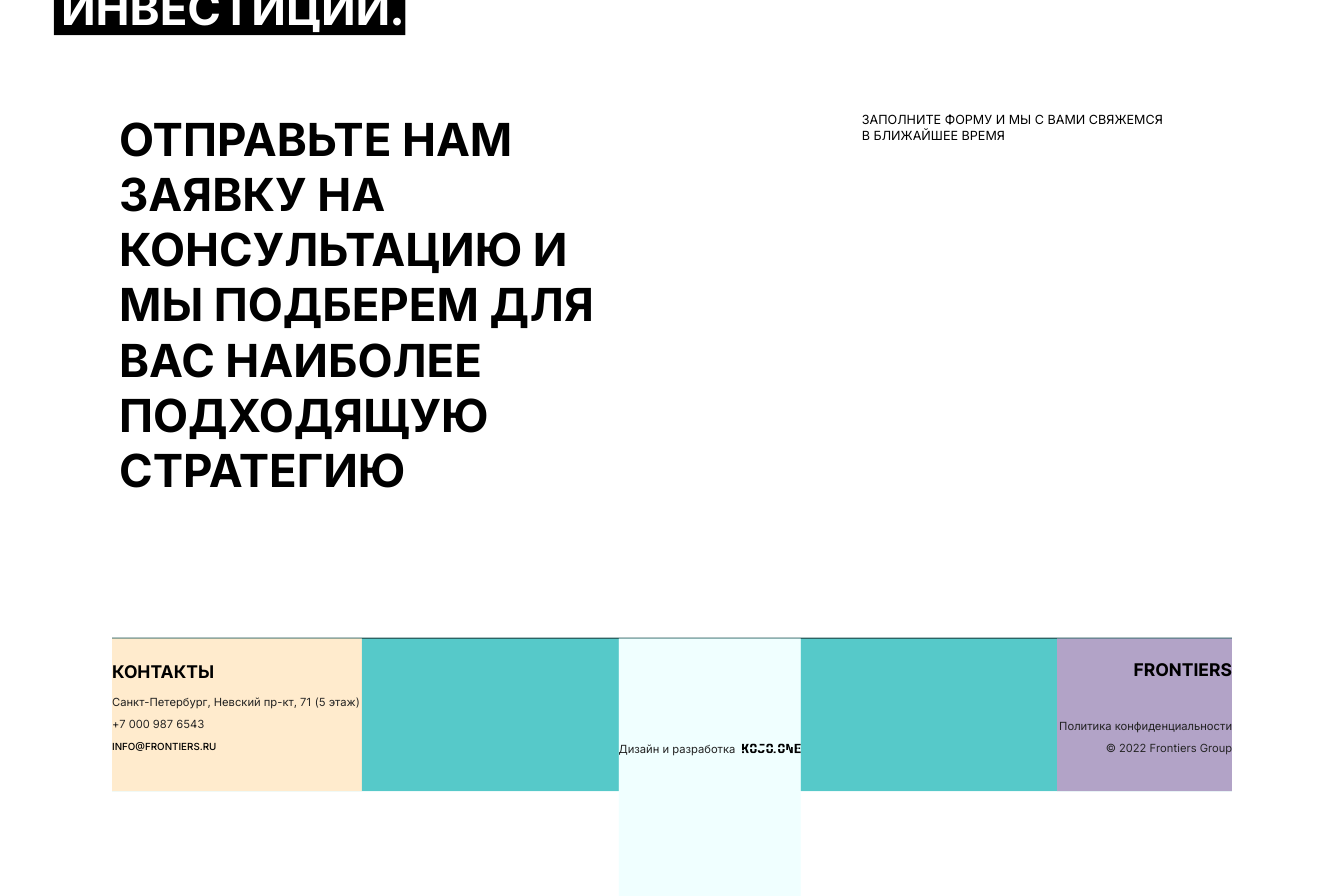
Repository: NadyaKorvin/frontiers
Page: /
An editor plug-in stored every save of this project. The page is shown before and after a run of saves, followed by the edit.
The browser window is 1280 px wide. The page is 1920 px wide, so the pictures cover 1920 px, including what lies to the right of the window. The pictures show the part of the page from y = 1503 to 2783 px (the page is 2783 px tall), at 70% of full size.
The project was rebuilt for these pictures with package versions that can differ from the ones it lists, and the page was loaded fresh each time.

Above is the page before, as saved 2022-05-23 15:18:28.

### public/index.html
<!DOCTYPE html>
<html lang="en">
  <head>
    <meta charset="utf-8" />
    <link rel="icon" href="%PUBLIC_URL%/favicon.ico" />
    <meta name="viewport" content="width=device-width, initial-scale=1" />
    <meta name="theme-color" content="#000000" />
    <meta name="description" content="Web site created using create-react-app" />
    <link rel="apple-touch-icon" href="%PUBLIC_URL%/logo192.png" />
    <link rel="manifest" href="%PUBLIC_URL%/manifest.json" />
    <link rel="preconnect" href="https://fonts.googleapis.com" />
    <link rel="preconnect" href="https://fonts.gstatic.com" crossorigin />
    <link href="https://fonts.googleapis.com/css2?family=Inter:wght@300;400;500;700&display=swap" rel="stylesheet" />
    <title>FRONTIERS</title>
  </head>
  <body>
    <noscript>You need to enable JavaScript to run this app.</noscript>
    <div id="root"></div>
  </body>
</html>

### src/index.js
import React from "react"
import ReactDOM from "react-dom/client"

import App from "./App"

const root = ReactDOM.createRoot(document.getElementById("root"))
root.render(
  <React.StrictMode>
    <App />
  </React.StrictMode>
)

### src/App.js
import { useState } from "react";
import "./App.css";
import { SecondScreenAnimation } from "./components/secondScreen/SecondScreenAnimation";
import FirstScreenAnimation from "./components/firstScreen/FirstScreenAnimation";
import LastScreenAnimation from "./components/lastScreen/LastScreenAnimation"

function App() {
  const [mousePosition, setMousePosition] = useState("");

  const listenUpperMousePosition = (event) => {
    console.log(event);
    console.log(event.target);
    setMousePosition(event.target);
  };

  return (
    <>
      <FirstScreenAnimation />
      <div className="App">
        <SecondScreenAnimation listenMousePosition={listenUpperMousePosition} />
      </div>
      <LastScreenAnimation />
    </>
  );
}
export default App;

### src/App.css
@import url("./reset.css");
@import url("./components/secondScreen/SecondScreen.css");
@import url("./font/font.css");

body {
  font-family: "Inter";
}

### src/components/secondScreen/SecondScreenAnimation.js
export function SecondScreenAnimation({ listenMousePosition, mousePosition }) {
  let goUp = ""
  const goUpBlackLines = (mousePosition) => {
    if (mousePosition === "animation__text_first_part") {
      goUp = "up"
      return goUp
    }
  }
  goUpBlackLines(mousePosition)
  console.log(goUp)
  return (
    <div className="animation__text_block">
      {goUp != "up" ? (
        <div>
          <div className="animation__text" onMouseOver={listenMousePosition}>
            <p className="animation__text_first_part">Инвесторам сложно найти хорошие проекты,</p>
            <p className="animation__text_second_part">а хорошим проектам — инвестиции.</p>
          </div>
          <div className="animation__black_lines">
            <div className="animation__1th_black_line"></div>
            <div className="animation__2th_black_line"></div>
            <div className="animation__3th_black_line"></div>
          </div>
        </div>
      ) : (
        <div>
          <div className="animation__text" onMouseOver={listenMousePosition}>
            <p className="animation__text_first_part" style={{ color: "#fff" }}>
              Инвесторам сложно найти хорошие проекты,
            </p>
            <p className="animation__text_second_part" style={{ color: "#000" }}>
              а хорошим проектам — инвестиции.
            </p>
          </div>
          <div className="animation__black_lines">
            <div className="animation__1th_black_line" style={{ width: "484px", marginTop: "-475px" }}></div>
            <div className="animation__2th_black_line" style={{ width: "586px" }}></div>
            <div className="animation__3th_black_line" style={{ width: "722px" }}></div>
          </div>
        </div>
      )}
    </div>
  )
}

### src/components/firstScreen/FirstScreenAnimation.js
import React from "react";
import style from "./FirstScreen.module.css";
import image from "../../images/image.webp";

export default function FirstScreenAnimation() {
  const pointer = (
    <svg
      width="8"
      height="101"
      viewBox="0 0 8 101"
      fill="none"
      xmlns="http://www.w3.org/2000/svg"
    >
      <path
        d="M4.35355 100.356C4.15829 100.551 3.84171 100.551 3.64645 100.356L0.464466 97.1735C0.269204 96.9783 0.269204 96.6617 0.464466 96.4664C0.659728 96.2712 0.976311 96.2712 1.17157 96.4664L4 99.2948L6.82843 96.4664C7.02369 96.2712 7.34027 96.2712 7.53553 96.4664C7.7308 96.6617 7.7308 96.9783 7.53553 97.1735L4.35355 100.356ZM3.5 100.002L3.5 0.00195312H4.5L4.5 100.002H3.5Z"
        fill="black"
      />
    </svg>
  );

  return (
    <>
      <section className={style.first__screen}>
        <div className={style.header}>
          <div className={style.logotype}>FRONTIERS</div>
          <nav className={style.nav__sidebar}>
            <ul>Агенство</ul>
            <ul>Кейсы</ul>
            <ul>Услуги</ul>
            <ul>Контакты</ul>
          </nav>
          <div className={style.button}>
            <p className={style.text__btn}>Получить консультацию</p>
          </div>
        </div>
        <div className={style.content}>
          <p>ИНВЕСТИЦИИ</p>
          <p>НЕ</p>
          <p>СЛОЖНО</p>
          <p>
            Мы помогли заработать более 50 млн рублей частным инвесторам в 2021
            году на вложениях в российский бизнес
          </p>
          <p>ПРОКРУТИ ВНИЗ</p>
          <div className={style.content__pointer}>{pointer}</div>
          <img src={image} alt="" />
        </div>
      </section>
    </>
  );
}

### src/components/lastScreen/LastScreenAnimation.js
import React from "react";
import style from "./LastScreen.module.css";
import Kojo from "../../images/Kojo"

export default function LastScreenAnimation() {
  return (
    <>
      <section className={style.last__screen}>
        <div className={style.wrapper}>
          <div className={style.left__content}>
            <p>
              ОТПРАВЬТЕ НАМ ЗАЯВКУ НА КОНСУЛЬТАЦИЮ И МЫ ПОДБЕРЕМ ДЛЯ ВАС
              НАИБОЛЕЕ ПОДХОДЯЩУЮ СТРАТЕГИЮ
            </p>
          </div>
          <div className={style.right__content}>
            <div className={style.text__form}>
              <p>ЗАПОЛНИТЕ ФОРМУ И МЫ С ВАМИ СВЯЖЕМСЯ В БЛИЖАЙШЕЕ ВРЕМЯ</p>
            </div>
            <form></form>
          </div>
        </div>
        <div className={style.footer}>
          <div className={style.contact}>
            <p>КОНТАКТЫ</p>
            <p>Санкт-Петербург, Невский пр-кт, 71 (5 этаж)</p>
            <p>+7 000 987 6543</p>
            <p>info@frontiers.ru</p>
          </div>
          <div className={style.design}>
            <p>Дизайн и разработка</p>
            <Kojo />
          </div>
          <div className={style.frontiers}>
            <p>FRONTIERS</p>
            <p>Политика конфиденциальности</p>
            <p>© 2022 Frontiers Group</p>
          </div>
        </div>
      </section>
    </>
  );
}

### src/reset.css
html,
body,
div,
span,
applet,
object,
iframe,
h1,
h2,
h3,
h4,
h5,
h6,
p,
blockquote,
pre,
a,
abbr,
acronym,
address,
big,
cite,
code,
del,
dfn,
em,
img,
ins,
kbd,
q,
s,
samp,
small,
strike,
strong,
sub,
sup,
tt,
var,
b,
u,
i,
center,
dl,
dt,
dd,
ol,
ul,
li,
fieldset,
form,
label,
legend,
table,
caption,
tbody,
tfoot,
thead,
tr,
th,
td,
article,
aside,
canvas,
details,
embed,
figure,
figcaption,
footer,
header,
hgroup,
menu,
nav,
output,
ruby,
section,
summary,
time,
mark,
audio,
video {
  margin: 0;
  padding: 0;
  border: 0;
  font-size: 100%;
  font: inherit;
  vertical-align: baseline;
}

:focus {
  outline: 0;
}

article,
aside,
details,
figcaption,
figure,
footer,
header,
hgroup,
menu,
nav,
section {
  display: block;
}

body {
  line-height: 1;
}

ol,
ul {
  list-style: none;
}

blockquote,
q {
  quotes: none;
}

blockquote:before,
blockquote:after,
q:before,
q:after {
  content: "";
  content: none;
}

table {
  border-collapse: collapse;
  border-spacing: 0;
}

input[type="search"]::-webkit-search-cancel-button,
input[type="search"]::-webkit-search-decoration,
input[type="search"]::-webkit-search-results-button,
input[type="search"]::-webkit-search-results-decoration {
  -webkit-appearance: none;
  -moz-appearance: none;
}

input[type="search"] {
  -webkit-appearance: none;
  -moz-appearance: none;
  -webkit-box-sizing: content-box;
  -moz-box-sizing: content-box;
  box-sizing: content-box;
}

textarea {
  overflow: auto;
  vertical-align: top;
  resize: vertical;
}

[hidden] {
  display: none;
}

html {
  font-size: 100%; /* 1 */
  -webkit-text-size-adjust: 100%; /* 2 */
  -ms-text-size-adjust: 100%; /* 2 */
}

a:focus {
  outline: thin dotted;
}

a:active,
a:hover {
  outline: 0;
}

img {
  border: 0;
  -ms-interpolation-mode: bicubic;
}

figure {
  margin: 0;
}

form {
  margin: 0;
}

fieldset {
  border: 1px solid #c0c0c0;
  margin: 0 2px;
  padding: 0.35em 0.625em 0.75em;
}

legend {
  border: 0; /* 1 */
  padding: 0;
  white-space: normal; /* 2 */
  *margin-left: -7px; /* 3 */
}

button,
input,
select,
textarea {
  font-size: 100%; /* 1 */
  margin: 0; /* 2 */
  vertical-align: baseline; /* 3 */
  *vertical-align: middle; /* 3 */
}

button,
input {
  line-height: normal;
}

button,
select {
  text-transform: none;
}

button,
html input[type="button"], /* 1 */
input[type="reset"],
input[type="submit"] {
  -webkit-appearance: button; /* 2 */
  cursor: pointer; /* 3 */
  *overflow: visible; /* 4 */
}

button[disabled],
html input[disabled] {
  cursor: default;
}

input[type="checkbox"],
input[type="radio"] {
  box-sizing: border-box; /* 1 */
  padding: 0; /* 2 */
  *height: 13px; /* 3 */
  *width: 13px; /* 3 */
}

input[type="search"] {
  -webkit-appearance: textfield; /* 1 */
  -moz-box-sizing: content-box;
  -webkit-box-sizing: content-box; /* 2 */
  box-sizing: content-box;
}

input[type="search"]::-webkit-search-cancel-button,
input[type="search"]::-webkit-search-decoration {
  -webkit-appearance: none;
}

button::-moz-focus-inner,
input::-moz-focus-inner {
  border: 0;
  padding: 0;
}

textarea {
  overflow: auto; /* 1 */
  vertical-align: top; /* 2 */
}

table {
  border-collapse: collapse;
  border-spacing: 0;
}

html,
button,
input,
select,
textarea {
  color: #222;
}

::-moz-selection {
  background: #b3d4fc;
  text-shadow: none;
}

::selection {
  background: #b3d4fc;
  text-shadow: none;
}

img {
  vertical-align: middle;
}

fieldset {
  border: 0;
  margin: 0;
  padding: 0;
}

textarea {
  resize: vertical;
}

.chromeframe {
  margin: 0.2em 0;
  background: #ccc;
  color: #000;
  padding: 0.2em 0;
}

### src/components/secondScreen/SecondScreen.css
.second__screen_main {
  display: flex;
  justify-content: space-between;
  margin: 0 auto;
  margin-top: 174px;
  /* придкмать решение сделать по центру*/
  display: flex;
  width: 1600px;
  height: 733px;
}

.animation__text_block {
  display: block;
  margin-left: 87px;
}

.animation__text_first_part,
.animation__text_second_part {
  width: 770px;
  text-transform: uppercase;
  font-size: 65px;
  font-weight: 700;
  line-height: 79px;
  transition: 0.6s ease-out;
}

.animation__text_second_part {
  color: #fff;
}

.animation__black_lines {
  margin-left: -10px;
  margin-top: -236px;
}

.animation__1th_black_line {
  margin-bottom: 5px;
  height: 75px;
  width: 444px;
  background-color: #000;
  transition: 0.6s ease-out;
}

.animation__2th_black_line {
  margin-bottom: 5px;
  height: 75px;
  width: 475px;
  background-color: #000;
  transition: 0.6s ease-out;
}
.animation__3th_black_line {
  height: 75px;
  width: 502px;
  background-color: #000;
  transition: 0.6s ease-out;
}

.right__part {
  display: flex;
  margin-left: 190px;
  flex-direction: column;
}

.conversation__image {
  margin-right: 222px;
  display: block;
  width: 400px;
  height: 400px;
  background: url("../secondScreen/people.png");
}

.decoration_marks {
  margin-top: -110px;
  transform: rotate(-180deg);
  font-size: 200px;
  font-weight: 300;
}

.text_paragraph {
  margin-left: 90px;
  width: 431px;
  font-size: 18px;
  font-weight: 400;
  line-height: 23px;
  text-transform: uppercase;
  line-height: 130%;
}

### src/font/font.css
@font-face {
  font-family: "Inter";
  src:
    url("./Inter-Bold.ttf") format("truetype")
    url("./Inter-Bold.woff2") format("woff2"),
    url("./Inter-Bold.woff") format("woff");
  font-weight: 700;
  font-style: normal;
  font-stretch: normal;
  unicode-range: U+0020-E0D0;
}

@font-face {
  font-family: "Inter";
  src:
    url("./Inter-Regular.woff2") format("woff2"),
    url("./Inter-Regular.ttf") format("truetype")
    url("./Inter-Regular.woff") format("woff");
  font-weight: 400;
  font-style: normal;
  font-stretch: normal;
  unicode-range: U+0020-E0D0;
}

@font-face {
    font-family:'Inter Medium';
    src:
        url("./Inter-Medium.ttf") format("truetype")
        url('Inter-Medium.woff2') format('woff2'),
		url('Inter-Medium.woff') format('woff');
    font-weight: 500;
    font-style: normal;
    font-stretch: normal;
    unicode-range: U+0020-E0D0;
}

@font-face {
    font-family:'Inter Light';
    src:
        url("./Inter-Light.ttf") format("truetype")
        url('Inter-Light.woff2') format('woff2'),
		url('Inter-Light.woff') format('woff');
    font-weight: 300;
    font-style: normal;
    font-stretch: normal;
    unicode-range: U+0020-E0D0;
}

### src/components/firstScreen/FirstScreen.module.css
.first__screen {
  width: 1920px;
  height: 1080px;
}

.header {
  width: 1600px;
  height: 82px;
  margin: 0 160px;
  border-bottom: 1px solid #000000;
  display: flex;
}

.logotype {
  width: 151px;
  height: 30px;
  padding-top: 27px;
  font-family: "Inter";
  font-style: normal;
  font-weight: 700;
  font-size: 25px;
  line-height: 30px;
  letter-spacing: 0.05em;
  color: #000000;
}

.nav__sidebar {
  display: flex;
  justify-content: space-between;
  width: 473px;
  padding-top: 33px;
  padding-left: 633px;
}

.button {
  position: absolute;
  width: 243px;
  height: 45px;
  left: 1517px;
  top: 19px;
  background: #000000;
}

.text__btn {
  padding-top: 12px;
  padding-bottom: 12px;
  font-family: "Inter";
  font-style: normal;
  font-weight: 500;
  font-size: 16px;
  line-height: 19px;
  text-align: center;
  color: #ffffff;
}

.content > p {
  position: absolute;
  font-family: "Inter";
  font-style: normal;
  font-weight: 400;
  font-size: 160px;
  line-height: 194px;
  text-transform: uppercase;
  color: #000000;
}

p:nth-child(1) {
  top: 83px;
  left: 160px;
}

p:nth-child(2) {
  top: 285px;
  left: 1449px;
}

p:nth-child(3) {
  top: 461px;
  left: 568px;
}

p:nth-child(4) {
  width: 265px;
  height: 90px;
  top: 118px;
  left: 1464px;
  box-sizing: content-box;
  font-family: "Inter";
  font-style: normal;
  font-weight: 500;
  font-size: 14px;
  line-height: 130%;
  text-transform: uppercase;
  color: #000000;
}

p:nth-child(5) {
  position: absolute;
  width: 130px;
  height: 17px;
  left: 104px;
  top: 865px;
  font-family: "Inter";
  font-style: normal;
  font-weight: 500;
  font-size: 14px;
  line-height: 17px;
  letter-spacing: 0.05em;
  color: #000000;
  transform: rotate(-90deg);
}

.content__pointer {
    position: absolute;
    top: 876px;
    left: 187px;
}

img {
  position: absolute;
  top: 714px;
  left: 568px;
  width: 1352px;
  height: 366px;
}

### src/components/lastScreen/LastScreen.module.css
.last__screen {
  width: 1920px;
  height: 1080px;
}

.wrapper {
  position: relative;
  top: 109px;
  left: 170px;
  display: flex;
  justify-content: space-between;
  width: 1590px;
  height: 553px;
}

.left__content {
  position: relative;
  width: 775px;
  height: 553px;
  box-sizing: border-box;
  font-family: "Inter";
  font-style: normal;
  font-weight: 700;
  font-size: 65px;
  line-height: 79px;
  text-transform: uppercase;
  color: #000000;
}

.right__content {
  position: relative;
  width: 529px;
  height: 553px;
}

.text__form {
  width: 529px;
  height: 46px;
  left: 1231px;
  top: 4438px;
  font-family: "Inter";
  font-style: normal;
  font-weight: 400;
  font-size: 18px;
  line-height: 130%;
  text-transform: uppercase;
  color: #000000;
}

.footer {
  position: relative;
  margin: 308px 160px 0;
  width: 1600px;
  height: 218px;
  border-top: 1px solid #000000;
  bottom: 0px;
  display: flex;
  justify-content: space-between;
  background-color: rgb(86, 201, 201);
}

.contact {
  width: 357px;
  height: 218px;
  background-color: blanchedalmond;
}

.contact > p:nth-child(1) {
  padding: 33px 0 20px;
  font-family: "Inter";
  font-style: normal;
  font-weight: 700;
  font-size: 25px;
  line-height: 30px;
  color: #000000;
}

.contact > p:nth-child(2),
.contact > p:nth-child(3),
.contact > p:nth-child(4) {
  padding-bottom: 15px;
}

.design {
  padding-top: 150px;
  width: 260px;
  height: 218px;
  display: flex;
  justify-content: space-between;
  background-color: azure;
}

.frontiers {
  width: 250px;
  height: 218px;
  text-align: end;
  background-color: rgb(178, 163, 199);
}

.frontiers > p:nth-child(1) {
    padding: 30px 0 57px;
    font-family: "Inter";
    font-style: normal;
    font-weight: 700;
    font-size: 25px;
    line-height: 30px;
    color: #000000;
  }

.frontiers > p:nth-child(2),
.frontiers > p:nth-child(3) {
    padding-bottom: 15px;
}

### src/images/Kojo.js
export default function Kojo() {
  return (
    <>
      <svg
        width="84"
        height="14"
        viewBox="0 0 84 14"
        fill="none"
        xmlns="http://www.w3.org/2000/svg"
      >
        <g clip-path="url(#clip0_208_2325)">
          <path d="M0 11.0006H2.91247V13.7951H0V11.0006Z" fill="black" />
          <path
            d="M45.2715 11.356H48.0271V14.0001H45.2715V11.356Z"
            fill="black"
          />
          <path
            d="M80.627 5.62939H83.1075V8.00787H80.627V5.62939Z"
            fill="black"
          />
          <path
            d="M72.5498 5.0966V13.7949H69.1513L65.5198 3.26231C65.5586 3.66001 65.5975 4.13227 65.6363 4.6791C65.6752 5.22591 65.7076 5.77896 65.7334 6.33821C65.7723 6.89747 65.7917 7.39458 65.7917 7.82956V9.44863H63.2283V0.186417H66.6267L70.2971 10.719C70.2583 10.2592 70.2129 9.73103 70.1612 9.13448C70.1093 8.52551 70.0641 7.92277 70.0252 7.32623C69.9994 6.71727 69.9864 6.20151 69.9864 5.77896V5.0966H72.5498Z"
            fill="black"
          />
          <path
            d="M13.7413 13.4782C14.4404 13.8137 15.2625 13.9815 16.2076 13.9815C17.1657 13.9815 17.9878 13.8137 18.674 13.4782C19.3731 13.1302 19.9104 12.6517 20.2859 12.0427C20.6742 11.4213 20.8684 10.7005 20.8684 9.88028V7.68652H17.9554V9.88028C17.9554 10.9988 17.3729 11.558 16.2076 11.558C15.0425 11.558 14.4599 10.9988 14.4599 9.88028V7.68652H11.5469V9.88028C11.5469 10.7005 11.7346 11.4213 12.11 12.0427C12.4984 12.6517 13.0422 13.1302 13.7413 13.4782Z"
            fill="black"
          />
          <path
            d="M11.5469 5.34079V4.1012C11.5469 3.28096 11.7346 2.56636 12.11 1.95739C12.4984 1.336 13.0422 0.857523 13.7413 0.52197C14.4404 0.17399 15.2625 0 16.2076 0C17.1657 0 17.9878 0.17399 18.674 0.52197C19.3731 0.857523 19.9104 1.336 20.2859 1.95739C20.6742 2.56636 20.8684 3.28096 20.8684 4.1012V5.34079H17.9554V4.1012C17.9554 2.98269 17.3729 2.42343 16.2076 2.42343C15.0425 2.42343 14.4599 2.98269 14.4599 4.1012V5.34079H11.5469Z"
            fill="black"
          />
          <path
            d="M0 0.186417V9.74988H2.91299V8.03461H4.2918L6.69987 13.7949H9.90416L6.87465 6.69241L9.78764 0.186417H6.62219L4.2918 5.46204H2.91299V0.186417H0Z"
            fill="black"
          />
          <path
            d="M27.269 14.0001C25.7801 14.0001 24.5956 13.6148 23.7152 12.8443C22.8478 12.0614 22.4141 11.0112 22.4141 9.69386H25.3269C25.3269 10.2655 25.5017 10.7254 25.8513 11.0733C26.2008 11.4089 26.6735 11.5767 27.269 11.5767C27.8645 11.5767 28.3371 11.4151 28.6867 11.092C29.0362 10.7564 29.211 10.3028 29.211 9.73114V9.35596H32.124V9.73114C32.124 11.0485 31.6903 12.0924 30.8229 12.863C29.9555 13.6211 28.7708 14.0001 27.269 14.0001Z"
            fill="black"
          />
          <path
            d="M25.2305 2.79638H29.0676V2.79159H32.1245V0.186523H25.2305V2.79638Z"
            fill="black"
          />
          <path
            d="M37.0304 13.478C37.7295 13.8136 38.5517 13.9814 39.4968 13.9814C40.4548 13.9814 41.277 13.8136 41.9631 13.478C42.6622 13.13 43.1995 12.6516 43.5749 12.0426C43.9633 11.4212 44.1576 10.7004 44.1576 9.88016V7.6864H41.2445V9.88016C41.2445 10.9987 40.662 11.5579 39.4968 11.5579C38.3315 11.5579 37.749 10.9987 37.749 9.88016V7.6864H34.8359V9.88016C34.8359 10.7004 35.0237 11.4212 35.3992 12.0426C35.7875 12.6516 36.3313 13.13 37.0304 13.478Z"
            fill="black"
          />
          <path
            d="M44.1576 4.1012V5.34079H41.2445V4.1012C41.2445 2.98269 40.662 2.42343 39.4968 2.42343C38.3315 2.42343 37.749 2.98269 37.749 4.1012V5.34079H34.8359V4.1012C34.8359 3.28096 35.0237 2.56636 35.3992 1.95739C35.7875 1.336 36.3313 0.857523 37.0304 0.52197C37.7295 0.17399 38.5517 0 39.4968 0C40.4548 0 41.277 0.17399 41.9631 0.52197C42.6622 0.857523 43.1995 1.336 43.5749 1.95739C43.9633 2.56636 44.1576 3.28096 44.1576 4.1012Z"
            fill="black"
          />
          <path
            d="M56.2447 13.9814C55.2996 13.9814 54.4776 13.8136 53.7784 13.478C53.0793 13.13 52.5355 12.6516 52.1471 12.0426C51.7717 11.4212 51.584 10.7004 51.584 9.88016V7.6864H54.4969V9.88016C54.4969 10.9987 55.0796 11.5579 56.2447 11.5579C57.4099 11.5579 57.9924 10.9987 57.9924 9.88016V7.6864H60.9055V9.88016C60.9055 10.7004 60.7113 11.4212 60.3229 12.0426C59.9474 12.6516 59.4101 13.13 58.711 13.478C58.0249 13.8136 57.2027 13.9814 56.2447 13.9814Z"
            fill="black"
          />
          <path
            d="M60.9055 5.34079V4.1012C60.9055 3.28096 60.7113 2.56636 60.3229 1.95739C59.9474 1.336 59.4101 0.857523 58.711 0.52197C58.0249 0.17399 57.2027 0 56.2447 0C55.2996 0 54.4776 0.17399 53.7784 0.52197C53.0793 0.857523 52.5355 1.336 52.1471 1.95739C51.7717 2.56636 51.584 3.28096 51.584 4.1012V5.34079H54.4969V4.1012C54.4969 2.98269 55.0796 2.42343 56.2447 2.42343C57.4099 2.42343 57.9924 2.98269 57.9924 4.1012V5.34079H60.9055Z"
            fill="black"
          />
          <path
            d="M75.2617 13.795V0.186523H84.0007V2.57268H78.1164V5.62993H79.1802V8.01609H78.1164V11.4089H84.0007V13.795H75.2617Z"
            fill="black"
          />
        </g>
        <defs>
          <clipPath id="clip0_208_2325">
            <rect width="84" height="14" fill="white" />
          </clipPath>
        </defs>
      </svg>
    </>
  );
}

After the next 4 saves:
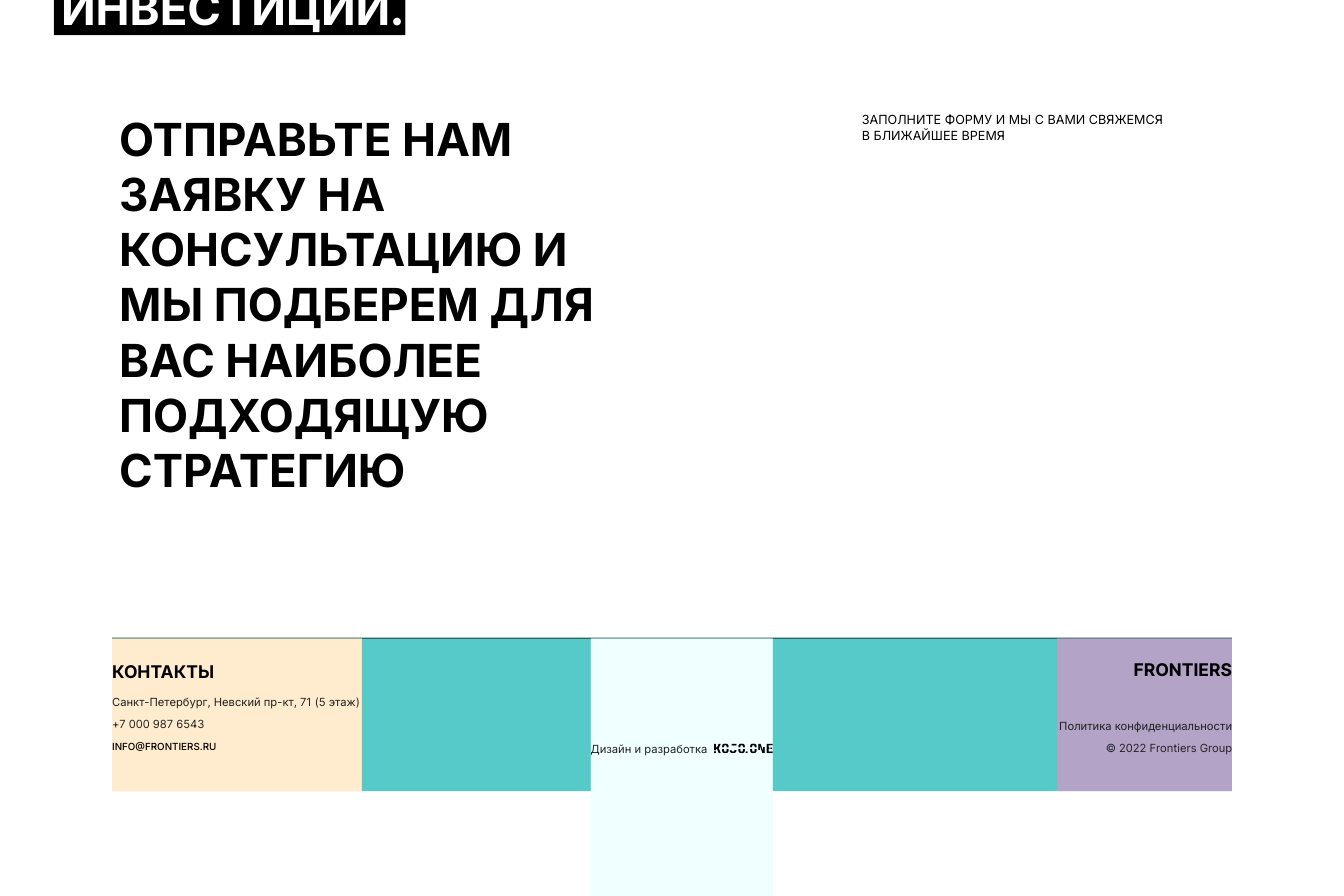
The 4 saves are shown as one change because 3 did not build or start.
The last was saved 4 min 21 s later.
--- a/src/components/lastScreen/LastScreen.module.css
+++ b/src/components/lastScreen/LastScreen.module.css
@@ -86,6 +86,7 @@
   width: 260px;
   height: 218px;
   display: flex;
+  margin-left: -80px;
   justify-content: space-between;
   background-color: azure;
 }
